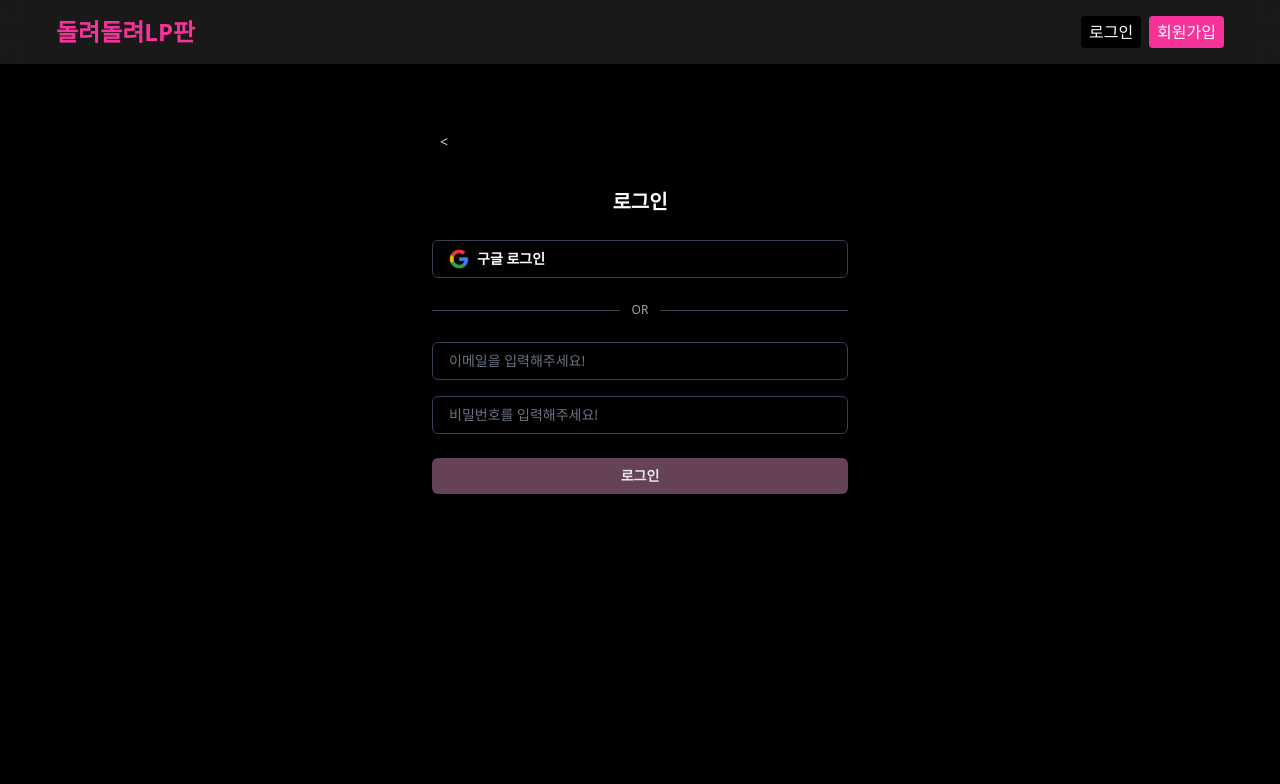
Repository: DSWU-UMC-9th/UMC-9th-Yeon
Page: /login (app in week4/)
An editor plug-in stored every save of this project. The page is shown before and after the next save, followed by the edit.
The browser window is 1280 px wide. The pictures show the whole page.
The project was rebuilt for these pictures with package versions that can differ from the ones it lists, and the page was loaded fresh each time. Also part of the build but not shown: week4/vite.config.ts, week4/src/api/tmdb.ts, week4/src/components/MovieCard.tsx, week4/src/components/Spinner.tsx, week4/src/components/Pager.tsx, week4/src/hooks/useMovies.ts, week4/src/pages/Home.tsx, week4/src/pages/Popular.tsx and 4 more.

Above is the page before, as saved 2025-11-04 23:04:02.

After the next save:
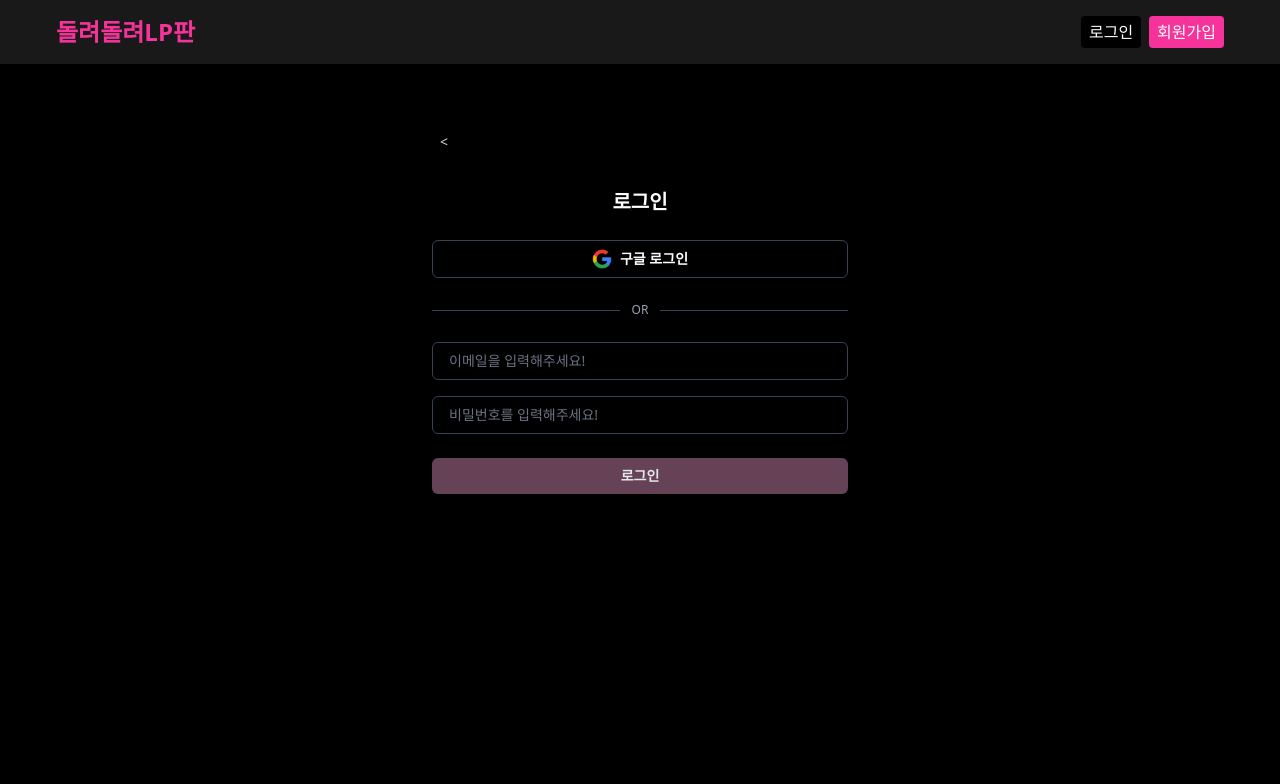
Saved 7 s later.
--- a/week4/src/pages/Login.tsx
+++ b/week4/src/pages/Login.tsx
@@ -54,7 +54,7 @@ export default function Login() {
         {/* 구글 로그인 */}
         <Button
           onClick={() => console.log("google login")}
-          className="border border-gray-700 bg-transparent text-gray-200 hover:bg-gray-800 flex items-center"
+          className="border border-gray-700 bg-transparent text-gray-200 hover:bg-gray-800 flex items-center justify-center"
         >
           <img src={googleLogo} alt="Google" className="mr-2 h-5 w-5" />
           구글 로그인
